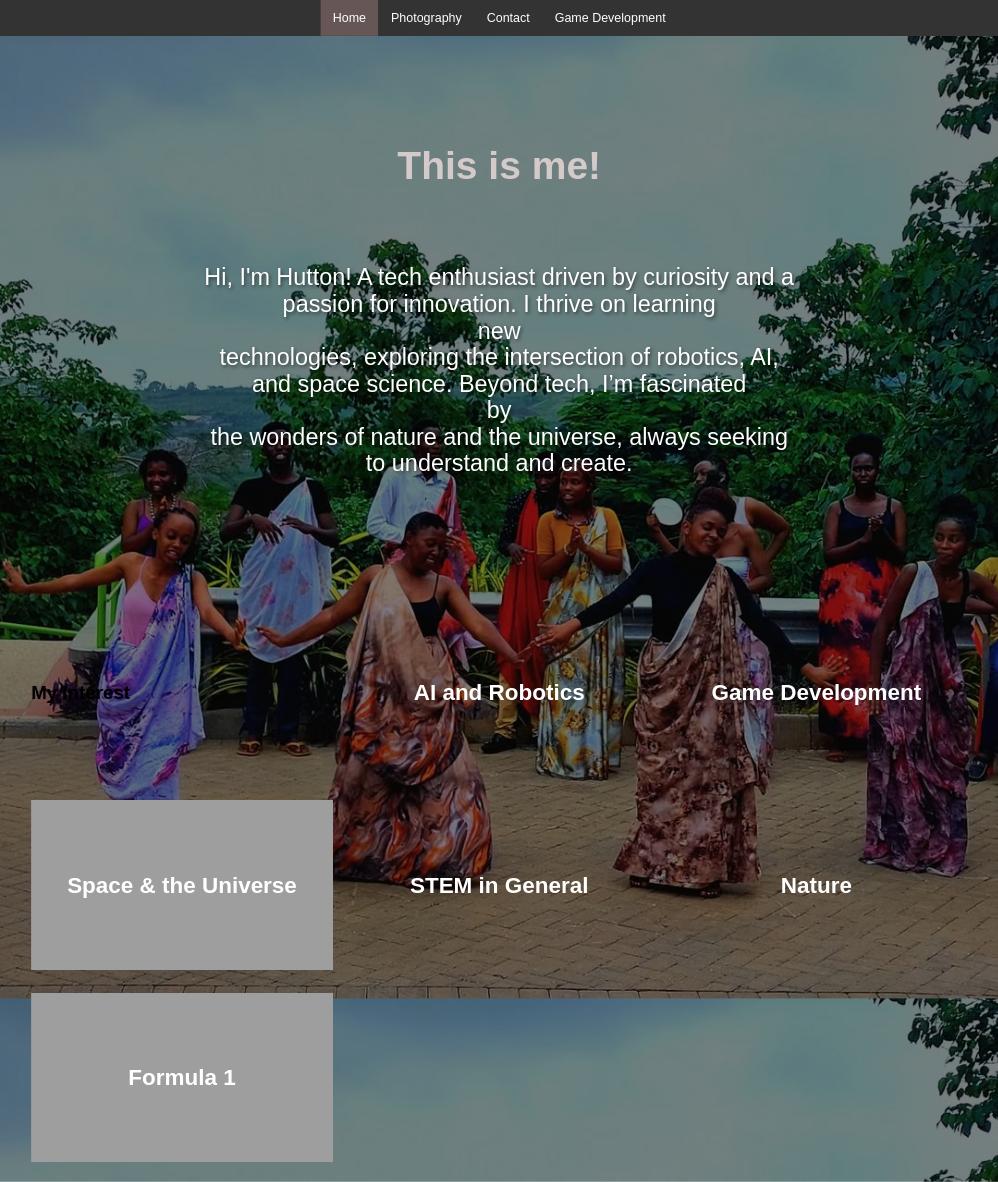
Repository: Argivist/ArgPortfolio
Page: index.html
An editor plug-in stored every save of this project. The page is shown before and after the next save, followed by the edit.
The browser window is 1280 px wide. The pictures show the whole page, at 78% of full size.
Pictures or frames that could not be fetched are drawn as grey boxes. Backgrounds fixed to the window are drawn as part of the page.

Above is the page before, as saved 2025-03-28 20:18:39.

### index.html
<!DOCTYPE html>
<html lang="en">

<head>
    <meta charset="UTF-8">
    <meta name="viewport" content="width=device-width, initial-scale=1.0">
    <link rel="stylesheet" href="css/styles.css">
    <link rel="stylesheet" href="css/nav.css">
    <link rel="stylesheet" href="css/home.css">

    <title>Hutton Amison-Addy</title>

    <style>
        body {
            background-color: #f0f0f0;
            font-family: 'Arial', sans-serif;
        }
    </style>
</head>

<body>
    <nav>
        <ul>
            <li class="nav-content active active-text"><a href="index.html">Home</a></li>
            <li class="nav-content"><a href="https://www.instagram.com/theworldinoneseye/">Photography</a></li>

            <li class="dropdown nav-content">
                <a href="contact.html">Contact</a>
                <ul class="dropdown-content">
                    <li><a href="https://www.linkedin.com/in/hutton-amison-addy-7b1b3b1b1/">LinkedIn</a></li>
                    <li><a href="https://www.github.com/Argivist">GitHub</a></li>
                    <li><a href="mailto:hutton.amison@ashesi.edu.gh">hutton.amison@ashesi.edu.gh</a></li>
                    <li><a href="mailto:huttonaaddy.public@gmail.com">huttonaaddy.public@gmail.com</a></li>
                </ul>
            </li>

            <li class="dropdown nav-content">
                <a href="#">Game Development</a>
                <ul class="dropdown-content">
                    <li><a href="game/index.html">Game Development Projects</a></li>
                    <li><a href="blender/index.html">Blender</a></li>
                </ul>
            </li>
        </ul>
    </nav>
    <div class="padding">
    </div>
    <div class="overlay">

        <div class="thisisme section">
            <h1>This is me!</h1>
            <p class="desc">
                Hi, I'm Hutton! A tech enthusiast driven by curiosity and a passion for innovation. I thrive on learning
                new
                technologies, exploring the intersection of robotics, AI, and space science. Beyond tech, I’m fascinated
                by
                the wonders of nature and the universe, always seeking to understand and create.
            </p>
        </div>

        <div class="interests section">
            <h2 class="mi">My Interest</h2>

            <div class="interest robotics">
              <div class="intdesc">
                <h3>AI and Robotics</h3>
                <p>Currently learning about AI and Robotics; add more details here.</p>
              </div>
            </div>

            <div class="interest ai">
              <div class="intdesc">
                <h3>Game Development</h3>
                <p><!-- TODO: describe game dev passion --></p>
              </div>
            </div>

            <div class="interest space">
              <div class="intdesc">
                <h3>Space &amp; the Universe</h3>
                <p>Exploring the cosmos and beyond.</p>
              </div>
            </div>

            <div class="interest stem">
              <div class="intdesc">
                <h3>STEM in General</h3>
                <p>Passionate about all things science and technology.</p>
              </div>
            </div>

            <div class="interest nature">
              <div class="intdesc">
                <h3>Nature</h3>
                <p>Connecting with the natural world.</p>
              </div>
            </div>

            <div class="interest f1">
              <div class="intdesc">
                <h3>Formula 1</h3>
                <p>Lorem ipsum dolor sit amet, consectetur adipiscing elit, sed do eiusmod tempor incididunt ut labore et dolore magna aliqua.</p>
              </div>
            </div>
          </div>



    </div>

    </div>



</body>

</html>

### css/styles.css
body{
    height: 100%;
    margin: 0;
    padding: 0;
}

 p {
    white-space: pre-line; /* preserves newlines, but collapses extra spaces */
  }
  .overlay {
    /* position: fixed; */
    position: absolute;
    left: 0;
    width: 100%;
    /* height: 100%; */
    background-color: rgba(0, 0, 0, 0.5); /* Adjust opacity as needed */
    z-index: -1; /* Keeps it behind your content */
}

### css/nav.css
/* 1. Define default variables in :root */


/* NAV Content and Dropdown */
.nav-content {
    position: relative;
    display: inline-block;
}

.dropdown {
    position: relative; /* For proper absolute positioning of its child */
    display: inline-block;
}

.dropdown:hover .dropdown-content {
    display: block;
}

.dropdown-content {
    display: none;
    position: absolute; /* This makes it overlay other elements without affecting layout */
    background-color: var(--dropdown-bg);
    min-width: 160px;
    box-shadow: 0px 8px 16px 0px rgba(0,0,0,0.2);
    z-index: 1;
}

/* Nav Stylisation */
nav {
    background-color: var(--nav-bg);
    position: fixed;
    top: 0;
    left: 0;
    width: 100vw;
    z-index: 100;
    display: flex;
    justify-content: center;  /* Centers the nav content horizontally */
    align-items: center;      /* Vertically centers items */
    margin: 0;
    color: var(--nav-link-color);
}

/* Reserve space for the fixed navbar */
.padding {
    height: 35px;  /* Adjust this value to match your navbar's height */
    top: 0;
    left: 0;
    width: 100%;
    bottom: 0;
}

/* Nav List Styles */
nav ul {
    list-style-type: none;
    margin: 0;
    padding: 0;
    display: flex;
}

nav ul li {
    display: inline-block;
    margin: 0;
    text-align: center;
    /* If you want each <li> to match nav’s background: */
    background-color: var(--nav-bg);
}

/* Nav Links */
nav ul li a {
    display: block;
    color: var(--nav-link-color);
    text-align: center;
    padding: 14px 16px;
    text-decoration: none;
}

nav ul li a:hover {
    background-color: var(--nav-link-hover-bg);
    color: var(--nav-link-active-color);
}

/* Optional: Ensure dropdown list items take full width */
.dropdown ul li {
    width: 100%;
}

/* Active link styling */
.active {
    background-color: var(--active-bg);
    /* color: var(--nav-link-active-color); */
    text-decoration: none;
}
/* If .active is on the <li>, target the <a> inside */
.active-text{
    color: var(--nav-link-active-color);
}

### css/home.css
/* Custom Theme variables */
:root {
    --nav-bg: #333;
    --nav-link-color: #fff;
    --nav-link-hover-bg: #111;
    --dropdown-bg: #f9f9f9;
    --active-bg: #675656;
    --body-text-color: #f5c646;      /* General text color */
    --heading-text-color: #d4caca;   /* Headings, if desired */
    --interest-hover: #ffffff50;       /* Hover color for interest items */
}


h1 {
    color: var(--heading-text-color);
    font-size: 50px;
    text-align: center;
    /* text-shadow: 2px 2px 5px rgba(0, 0, 0, 0.5); */
}

/* p {

    color: var(--body-text-color);
    font-size: 30px;
    text-align: center;
    /* text-shadow: 2px 2px 5px rgba(0, 0, 0, 0.5); */
/*} */
.desc{
    color: var(--nav-link-color);
    font-size: 30px;
    text-align: center;
    text-shadow: 2px 2px 5px rgba(0, 0, 0, 0.5);
    /* large gap between left and right edges */
    margin-left: 20%;
    margin-right: 20%;
}

body {
    background-image:url('../img/home.jpeg');
    background-size:cover;    /* Ensures the image covers the whole screen */
    background-repeat: no-repeat;  /* Prevents tiling */
    background-position: center 15%;
    /* fixed bg */
    background-attachment: fixed;
    bottom: 0;
    /*  */
    /* background-position: center;   Centers the image */
}

/* Root variables for theme colors */
:root {
    --nav-link-color: #fff;
    --interest-hover-bg: rgba(255, 255, 255, 0.8);
    --interest-text-color: #333;
}


.section{
    display: flex;
    flex-direction: column;
    justify-content: center;
    align-items: center;
    height: 100vh;
}
/* Container for all interests */
.interests {
    display: grid;
    grid-template-columns: repeat(auto-fit, minmax(300px, 1fr));
    gap: 20px;
    max-width: 1200px;
    margin: 0 auto;
    padding: 20px;
}

/* Individual interest item */
.interest {
    position: relative;
    background-size: cover;
    background-position: center;
    aspect-ratio: 16 / 9; /* Adjusts height relative to width */
    overflow: hidden;
    cursor: pointer;
}

/* Background images for specific interests */
.f1 {
    background-image: url('https://corp.formula1.com/wp-content/uploads/2023/02/GettyImages-1240545798-scaled.jpg');
}
.space{
    background-image: url('https://scalar.chapman.edu/scalar/interior-space---a-visual-exploration-of-the-international-space-station-photographs-by-paolo-nespo/media/Endeavour%20dock%20ISS%20symmetric.jpg');
}

/* https://scalar.chapman.edu/scalar/interior-space---a-visual-exploration-of-the-international-space-station-photographs-by-paolo-nespo/media/Endeavour%20dock%20ISS%20symmetric.jpg */

/* Description container */
.intdesc {
    position: absolute;
    top: 0;
    left: 0;
    width: 100%;
    height: 100%;
    background-color: transparent;
    color: var(--nav-link-color);
    display: flex;
    flex-direction: column;
    justify-content: center;
    align-items: center;
    padding: 20px;
    box-sizing: border-box;
    transition: background-color 1s ease, color 1s ease;
}

/* Title styling */
.intdesc h3 {
    margin: 0;
    font-size: 1.8em;
    text-align: center;
}
.intdesc p{
    display: none;
    transition: display 1s ease;
}
.intdesc:hover p{
    display: block;
    transition: display 1s ease;
}

/* Description paragraph */



/* Hover effects */
.interest:hover .intdesc {
    background-color: var(--interest-hover-bg);
    color: var(--interest-text-color);
}
.interest:hover h3,p {
    color: white;
    transition: color 1s ease;
}

/* each casse */

.f1:hover .intdesc {
    background-color:rgba(255, 0, 0, 0.582);
}
.space:hover .intdesc {
    background-color:rgba(0, 0, 255, 0.582);
}


.interest:hover .intdesc i {
    opacity: 1;
}

After the next save:
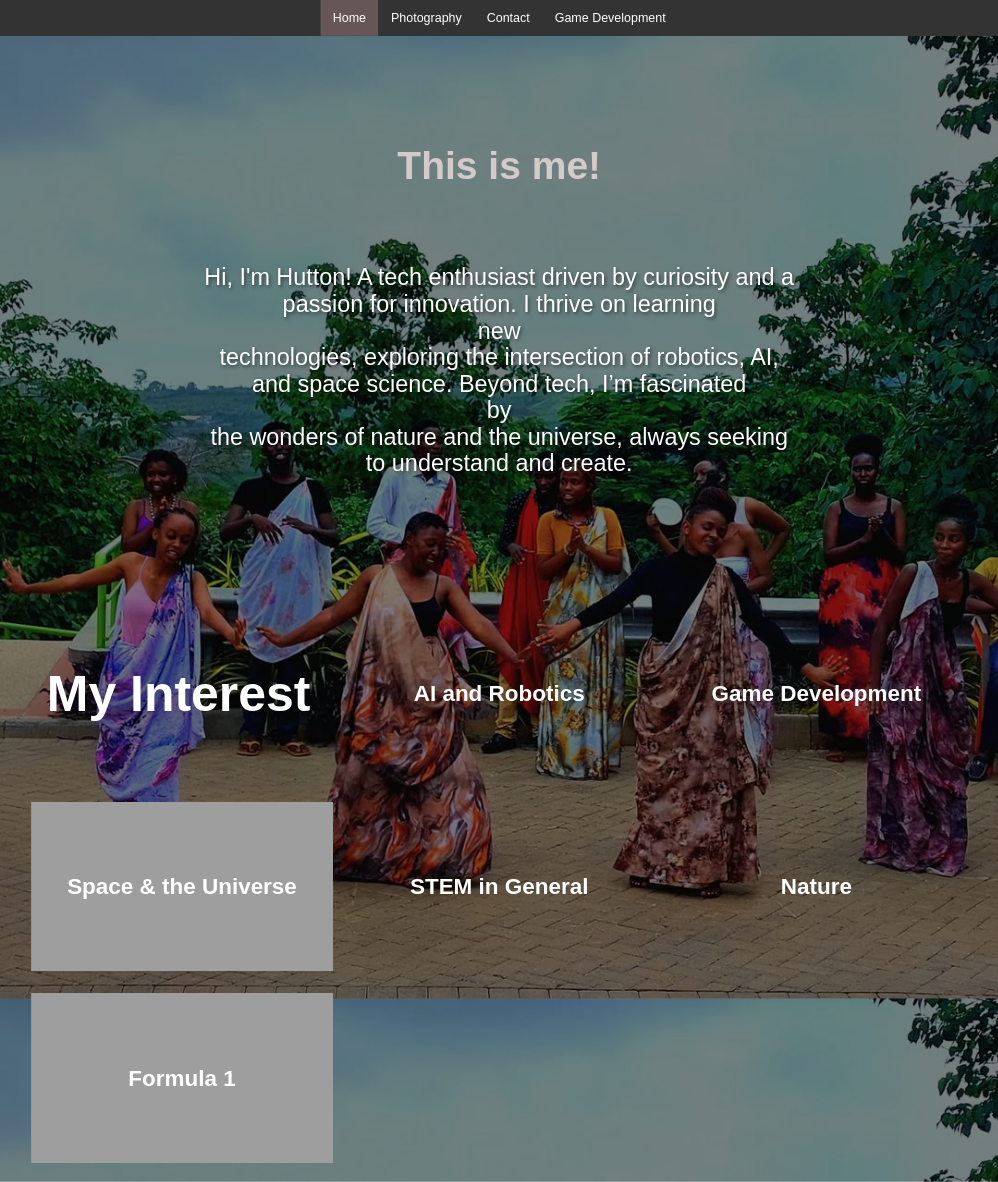
Saved 26 s later.
--- a/css/home.css
+++ b/css/home.css
@@ -61,6 +61,11 @@ body {
     justify-content: center;
     align-items: center;
     height: 100vh;
+}
+.mi{
+    padding: 20px;
+    font-size: 4em;
+    color: var(--nav-link-color);
 }
 /* Container for all interests */
 .interests {
